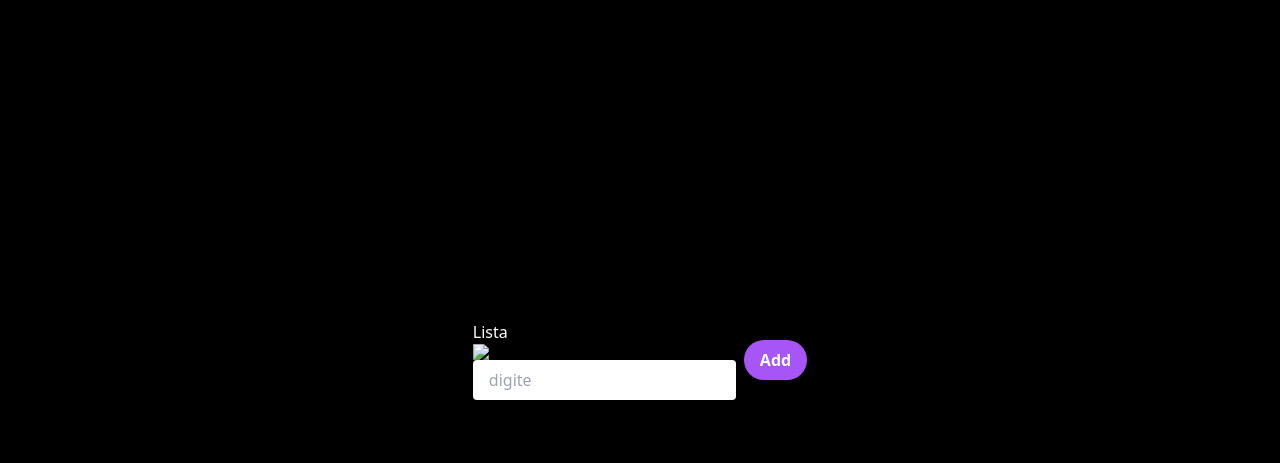
Repository: LuisSempre/FundamentosReact
Page: /
An editor plug-in stored every save of this project. The page is shown before and after the next save, followed by the edit.
The browser window is 1280 px wide. The pictures show the whole page.
The page's requests for data from a server got no answer. The project was rebuilt for these pictures with package versions that can differ from the ones it lists, and the page was loaded fresh each time. No one was signed in, and anything a server would have sent is missing. Also part of the build but not shown: vite.config.js, src/components/Card.tsx.

Above is the page before, as saved 2022-06-28 20:10:40.

After the next save:
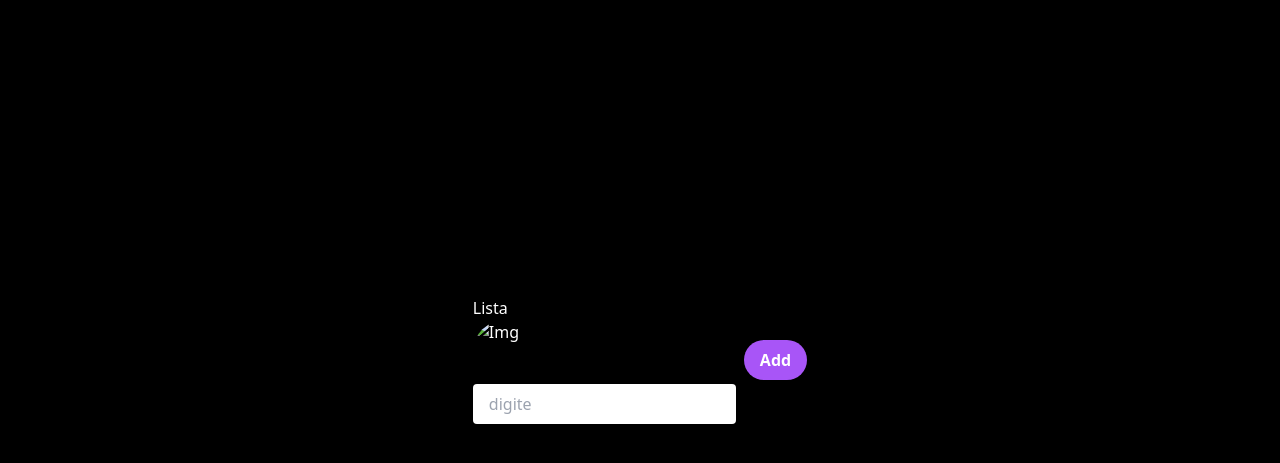
Saved 12 s later.
--- a/src/pages/Home.jsx
+++ b/src/pages/Home.jsx
@@ -33,7 +33,7 @@ export function Home() {
         <h1>Lista</h1>
         <div>
           <strong>{user.name}</strong>
-          <img className="w-4 h-4" src={user.avatar} alt="Img" />
+          <img className="w-16 h-16 rounded-full" src={user.avatar} alt="Img" />
         </div>
         <input
           onChange={(e) => setStudent(e.target.value)}
